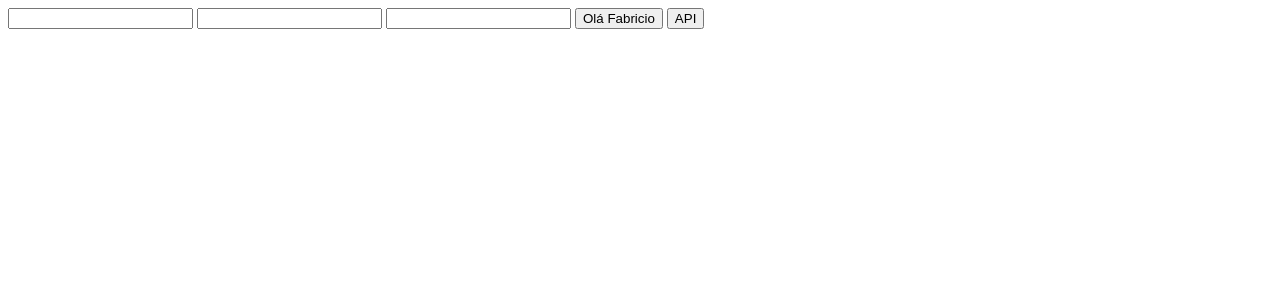
Repository: KennedyWanderson/applying-API
Page: index.html
An editor plug-in stored every save of this project. The page is shown before and after a run of saves, followed by the edit.
The browser window is 1280 px wide. The pictures show the whole page.

Above is the page before, as saved 2024-01-14 14:07:22.

### index.html
<!DOCTYPE html>
<html lang="en">
<head>
    <meta charset="UTF-8">
    <meta name="viewport" content="width=device-width, initial-scale=1.0">
    <title>Document</title>
</head>
<body>

    <div>
        <input type="text">
        <input type="text">
        <input
    </div>

    <button onclick="Teste()">Olá Fabricio</button>
    <button onclick="Get()">API</button>
</body>
    <script src="./index.js"></script>
</html>

### index.js


function Teste(){
    console.log("Hello World!!!!")
}

function Get() {

    return fetch('https://apigenerator.dronahq.com/api/J4WXW45N/data')

      .then((response) => response.json())

      .then((data) => console.log(data));

  }

After the next 2 saves:
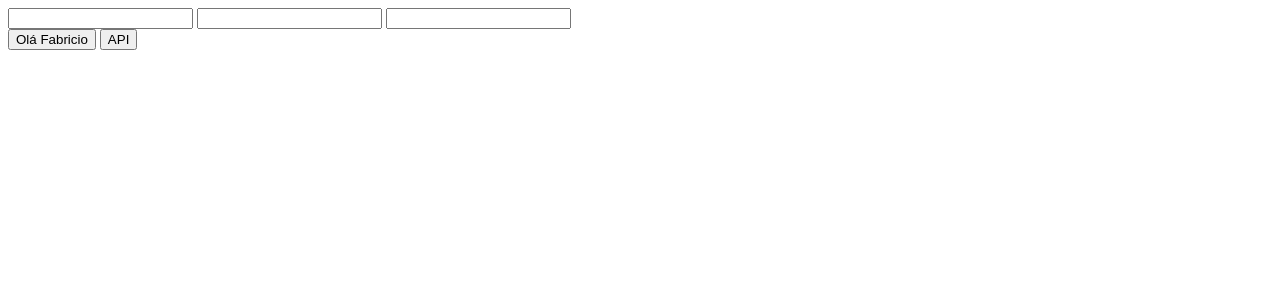
The 2 saves are shown as one change because they came seconds apart.
The last was saved 7 s later.
--- a/index.html
+++ b/index.html
@@ -10,7 +10,7 @@
     <div>
         <input type="text">
         <input type="text">
-        <input
+        <input type="text">
     </div>
 
     <button onclick="Teste()">Olá Fabricio</button>

After the 5 saves that followed:
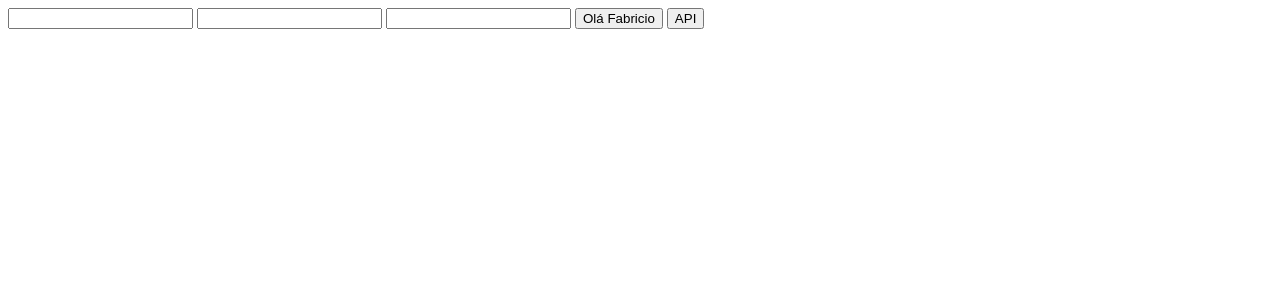
The 5 saves are shown as one change because 3 left the picture as it was and some came seconds apart.
The last was saved 3 min 9 s later.
--- a/index.html
+++ b/index.html
@@ -8,13 +8,16 @@
 <body>
 
     <div>
+    </div>
+
+    <div id="data">
         <input type="text">
         <input type="text">
         <input type="text">
+
+        <button onclick="Teste()">Olá Fabricio</button>
+        <button onclick="Get()">API</button>
     </div>
-
-    <button onclick="Teste()">Olá Fabricio</button>
-    <button onclick="Get()">API</button>
 </body>
     <script src="./index.js"></script>
 </html>
